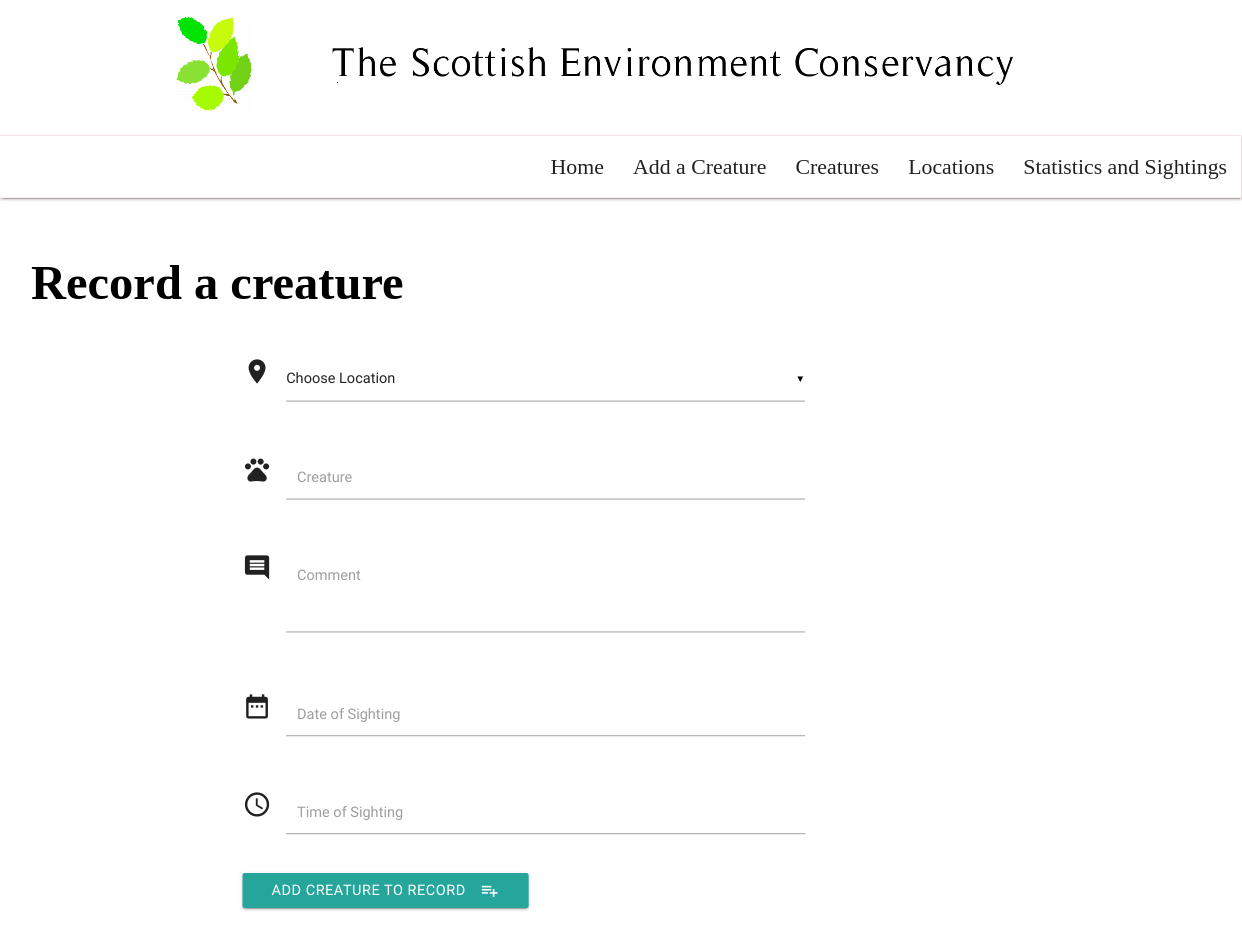
Repository: TaylorD1982/creature-sightings
Page: http://localhost/add_creature
The author's editor kept a record of every edit. The page is drawn from the files as they stood at one moment, then again after the next edit.
The browser window is 1280 px wide. The pictures show the whole page, at 97% of full size.
Some web libraries are served in a nearby version. The page is served by the project's application, run on Flask 3 (app.py). Queries for data that is not in the repository find no rows.

Above is the page before.
Console error: TypeError: Cannot read properties of null (reading 'addEventListener')

After the next edit:
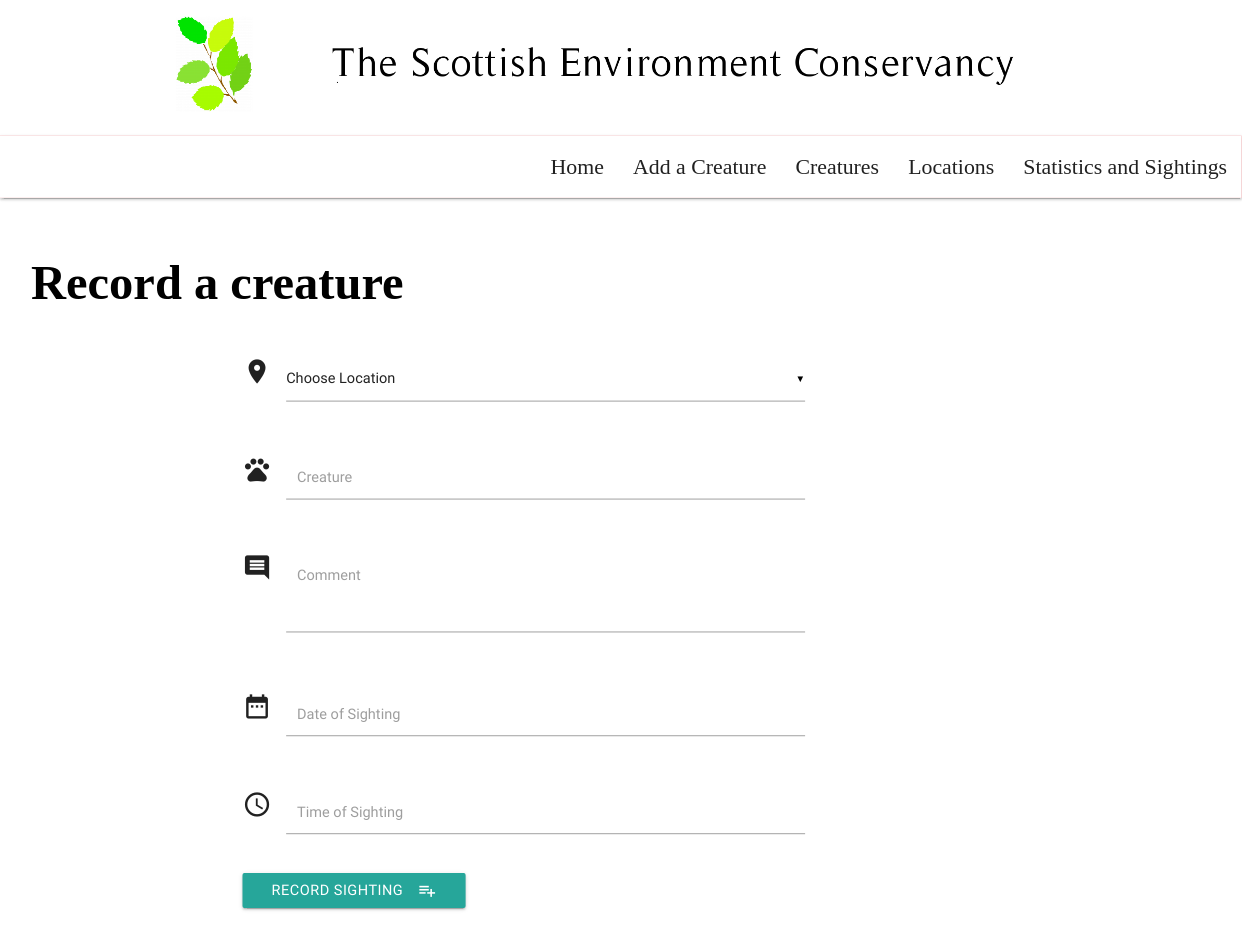
The edit:
--- a/templates/addcreature.html
+++ b/templates/addcreature.html
@@ -42,7 +42,7 @@
             </div>
         </div>
         <div class="row">
-            <button class="btn waves-effect waves-light" type="submit" name="action">Add Creature to Record
+            <button class="btn waves-effect waves-light" type="submit" name="action">Record Sighting
                 <i class="material-icons right">playlist_add</i>
              </button>
         </div>
